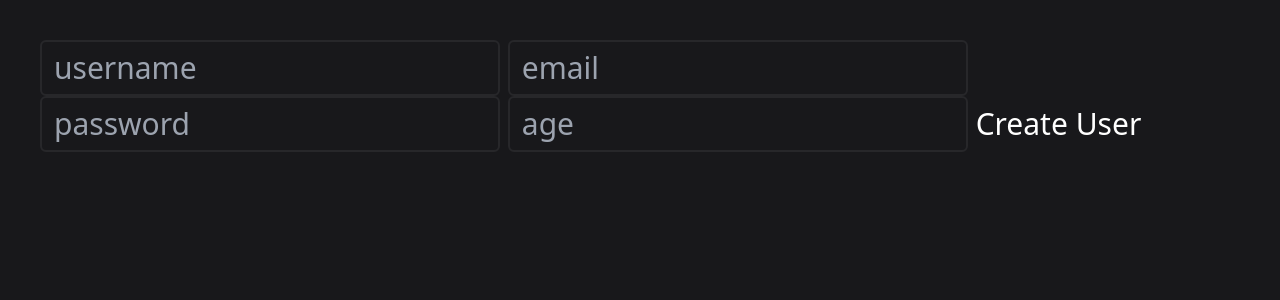
Repository: sulabh5911/login-Page
Page: http://localhost/
An editor plug-in stored every save of this project. The page is shown before and after the next save, followed by the edit.
The browser window is 1280 px wide. The pictures show the whole page.
Some web libraries are served in a nearby version. The page is served by the project's Node server (app.js).

Above is the page before, as saved 2024-08-28 15:21:21.

After the next save:
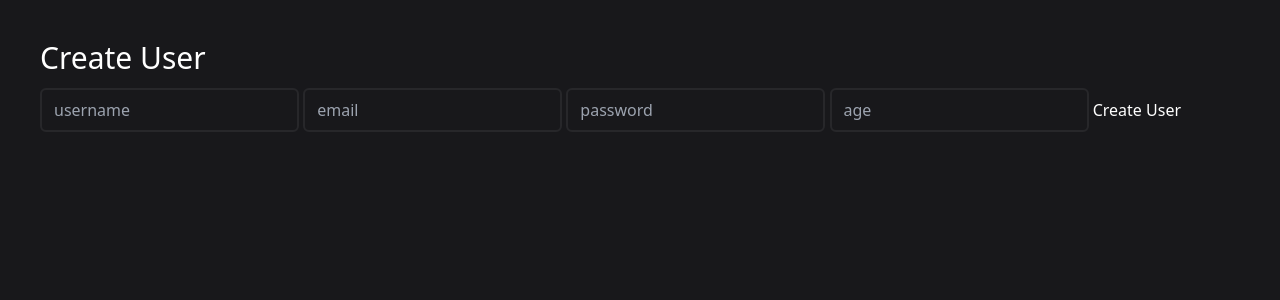
Saved 5 s later.
--- a/views/index.ejs
+++ b/views/index.ejs
@@ -8,7 +8,7 @@
 </head>
 <body>
     <div class="w-full h-screen bg-zinc-900 text-white p-10">
-        <h3 class="text-3xl mb-3"
+        <h3 class="text-3xl mb-3">Create User</h3>
         <form method="post" action="">
             <input class="px-3 py-2 rounded-md bg-transparent border-2 border-zinc-800" type="text" placeholder="username" name="username">
             <input class="px-3 py-2 rounded-md bg-transparent border-2 border-zinc-800" type="email" placeholder="email" name="email">
